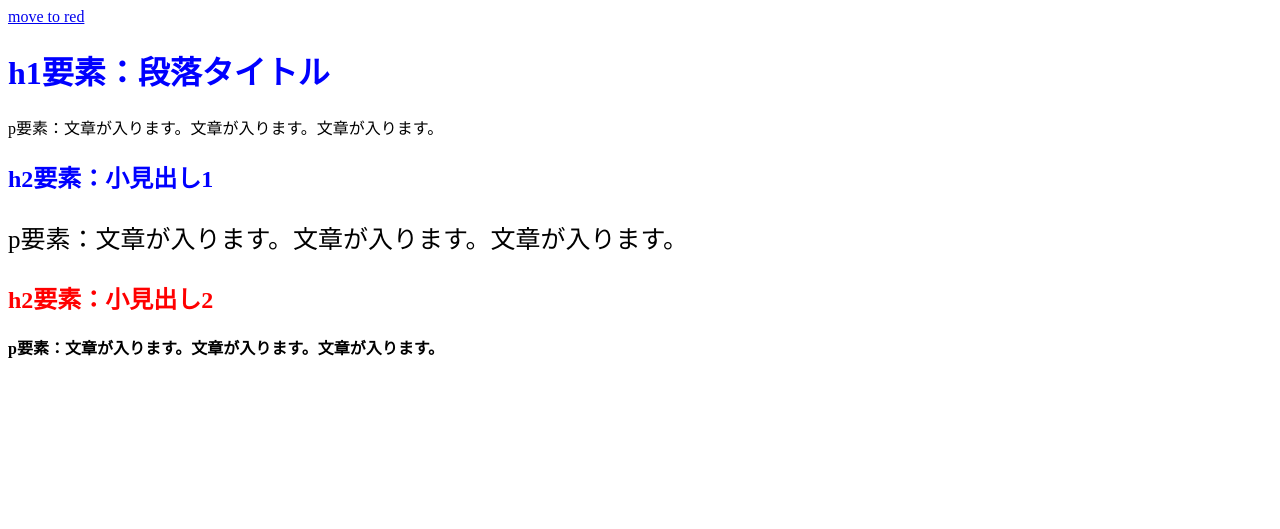
Repository: sakaida0108/samurai_HTML-CSS
Page: index.html
The author's editor kept a record of every edit. The page is drawn from the files as they stood at one moment, then again after the next edit.
The browser window is 1280 px wide. The pictures show the whole page.

Above is the page before.

After the next edit:
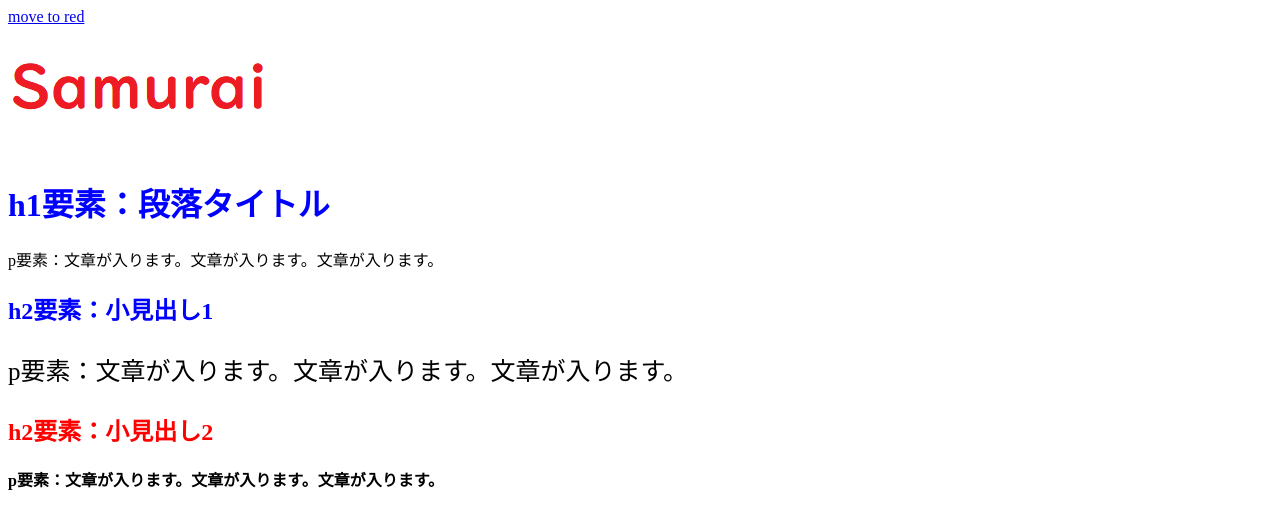
The edit:
--- a/index.html
+++ b/index.html
@@ -8,6 +8,7 @@
   <body>
     <div class="size"><a href="#red">move to red</a>
     </div>
+    <img src="images/Samurai logo.png" alt="侍エンジニア塾のロゴ">
     <h1 class="blue">h1要素：段落タイトル</h1>
     <p>p要素：文章が入ります。文章が入ります。文章が入ります。</p>
     <h2 class="blue">h2要素：小見出し1</h2>

After the 2 edits that followed:
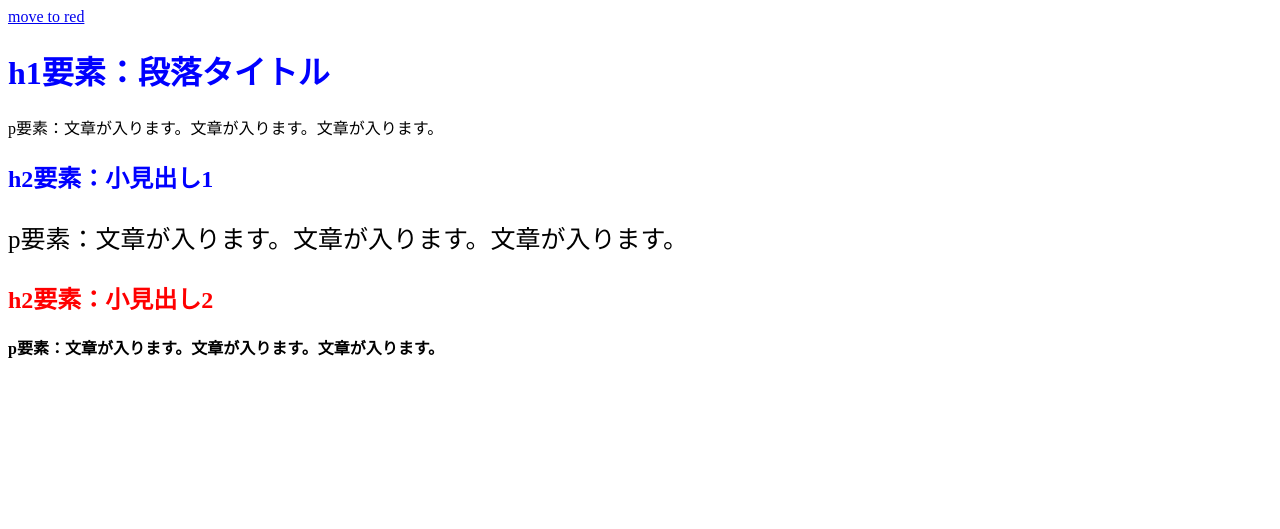
The 2 edits are shown as one change because 1 left the picture as it was.
The edit:
--- a/index.html
+++ b/index.html
@@ -4,11 +4,16 @@
     <meta charset="UTF-8">
     <title>HTML/CSSの学習</title>
     <link rel="stylesheet" href="stylesheet1.css" >
+    <style>
+      body{
+        background-image: url(Samurai logo.png);
+        background-repeat:no-repeat;
+      }
+    </style>
   </head>
   <body>
     <div class="size"><a href="#red">move to red</a>
     </div>
-    <img src="images/Samurai logo.png" alt="侍エンジニア塾のロゴ">
     <h1 class="blue">h1要素：段落タイトル</h1>
     <p>p要素：文章が入ります。文章が入ります。文章が入ります。</p>
     <h2 class="blue">h2要素：小見出し1</h2>
